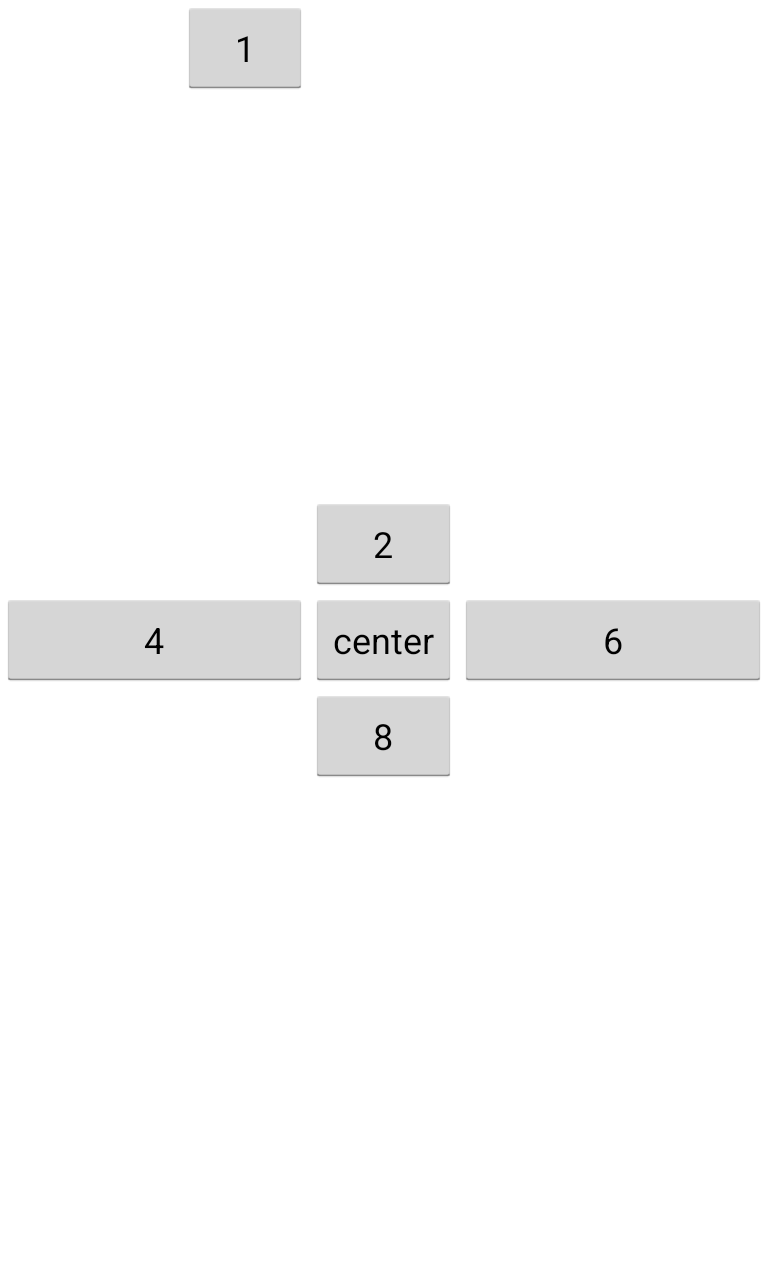
Repository: qwer2714856/Android_learn
Layout: relativeLayoutDeom/res/layout/activity_main.xml
These files come from the project's save history. The layout is drawn as it stood at one moment and after the next save; the edit follows.
It is drawn on a 768 x 1280 px phone screen (xhdpi) without system bars, with theme AppTheme; the app's code is not run.

Above is the layout before, as saved 2015-09-29 04:21:38.

After the next save:
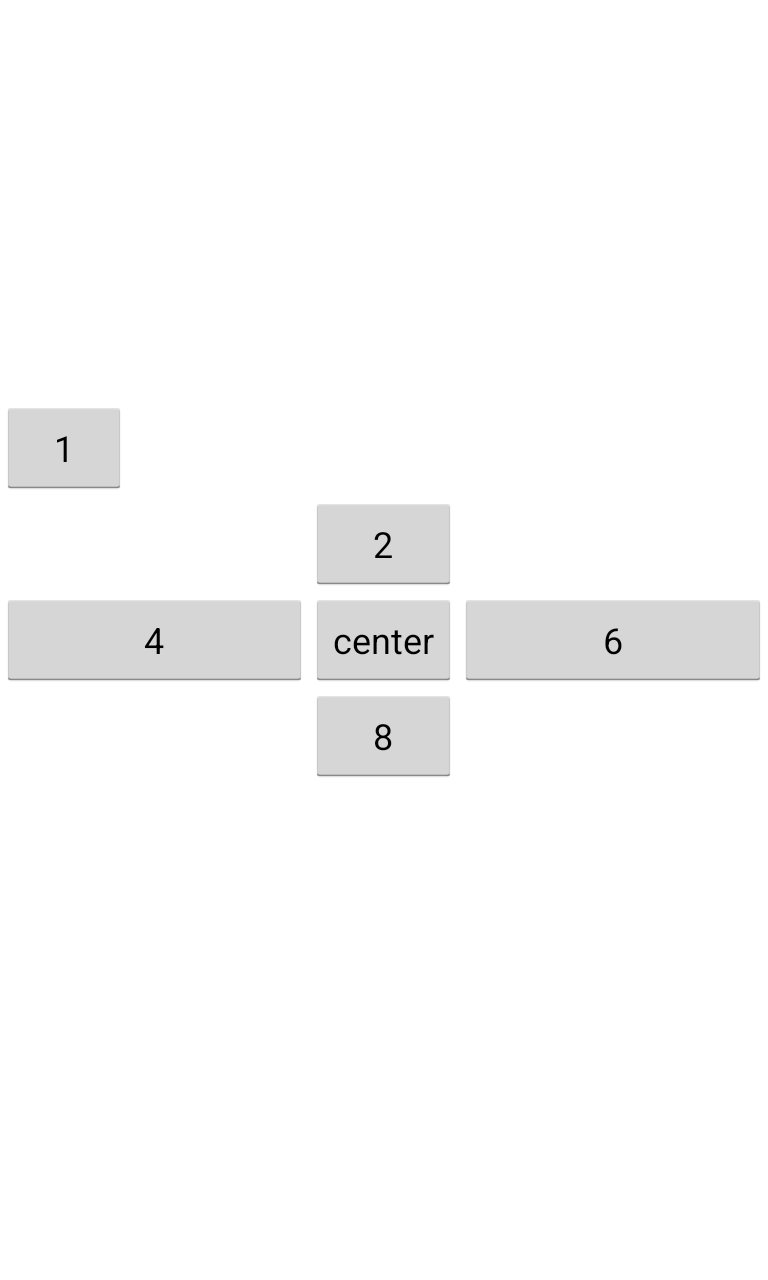
Saved 44 s later.
--- a/relativeLayoutDeom/res/layout/activity_main.xml
+++ b/relativeLayoutDeom/res/layout/activity_main.xml
@@ -31,7 +31,8 @@
         android:layout_height="wrap_content"
         android:text="1"
         android:id="@+id/a1"
-        android:layout_toLeftOf="@id/a2"
+        android:layout_above="@id/a2"
+
         />
 
      <Button
